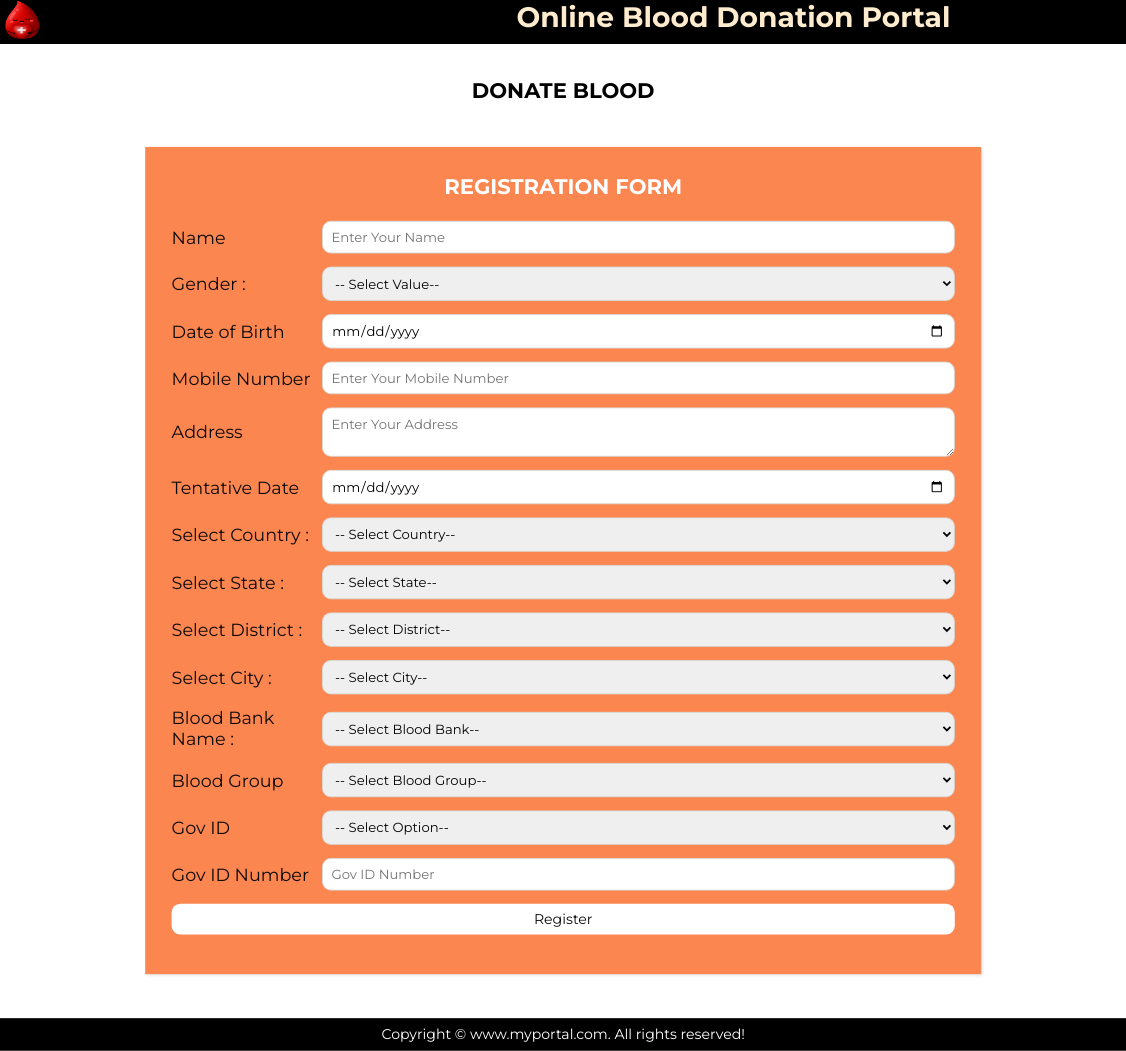
Repository: aditaya-burnwal/blood_donation_portal
Page: Donate Blood/donateblood.html
These files come from the project's save history. The page is drawn as it stood at one moment and after the next save; the edit follows.
The browser window is 1280 px wide. The pictures show the whole page, at 88% of full size.

Above is the page before, as saved 2021-05-16 13:53:56.

After the next save:
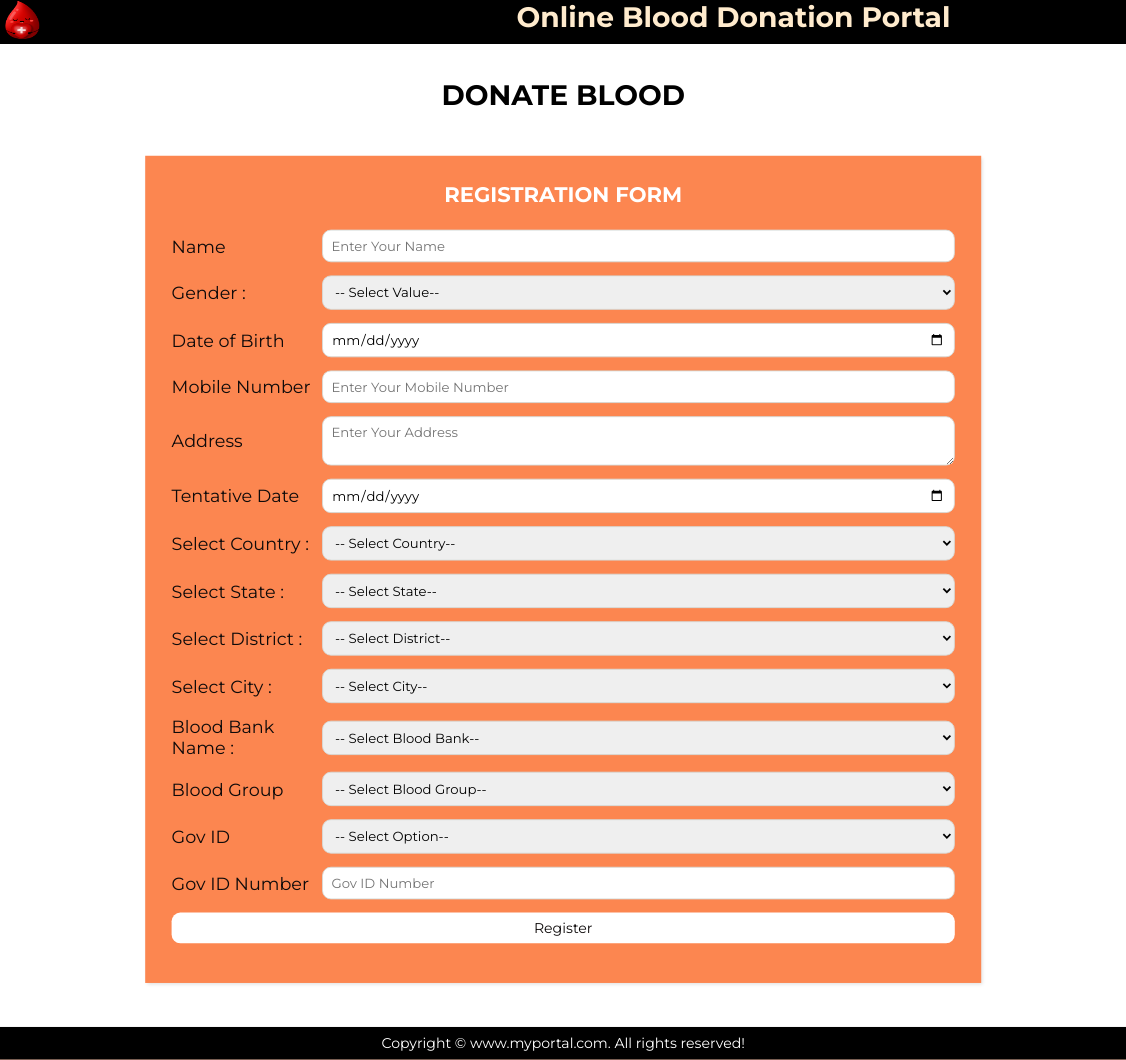
Saved 24 s later.
--- a/Donate Blood/donateblood.html
+++ b/Donate Blood/donateblood.html
@@ -17,7 +17,7 @@
     </div>
     <br>
     <br>
-    <h2 align="center">DONATE BLOOD</h2>
+    <h1 align="center">DONATE BLOOD</h2>
     <div class="wrapper">
         <div class="title">
             Registration Form
